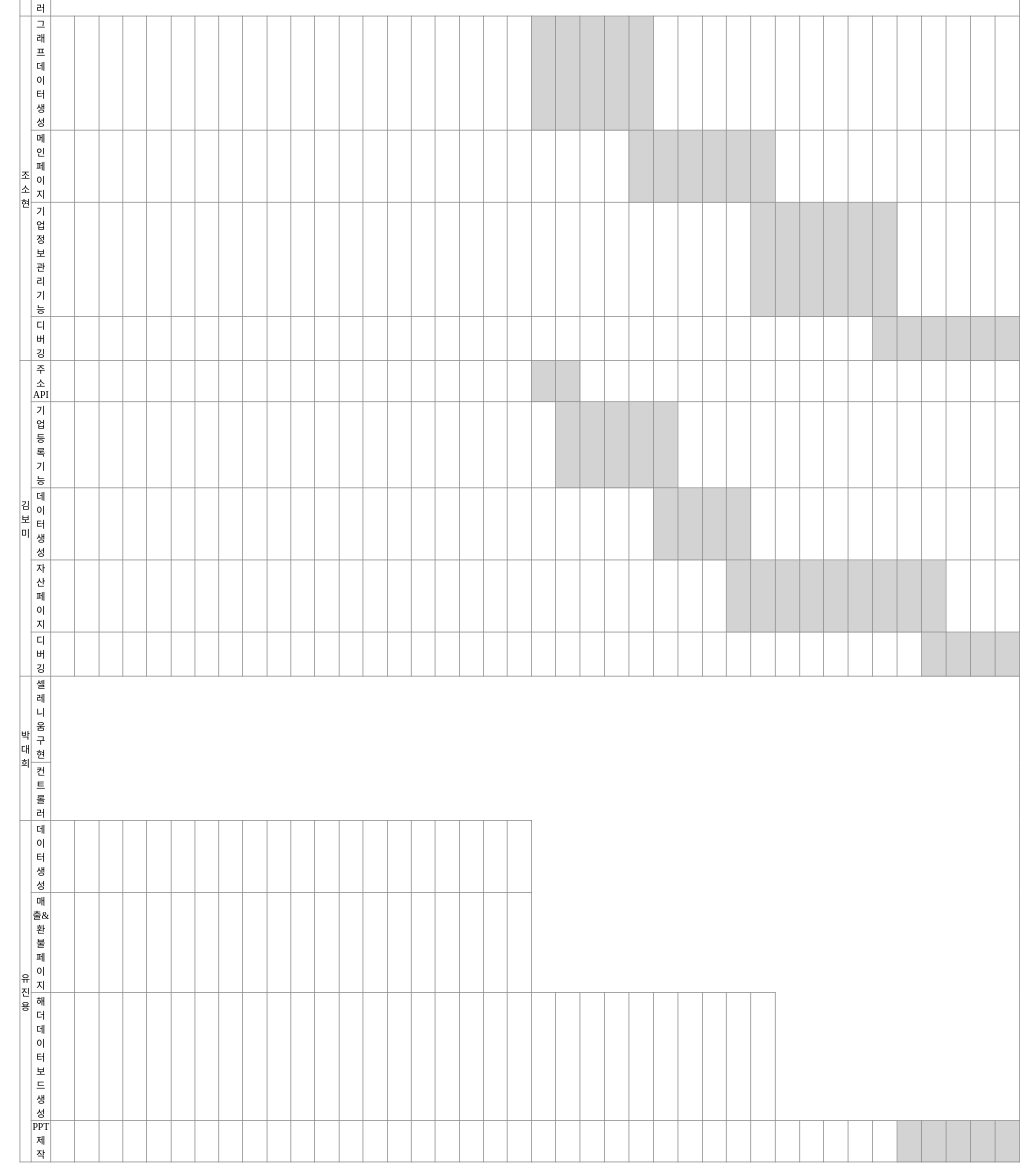
Repository: JEON-KIHO/finalProject
Page: http://localhost/ERP/WEB-INF/views/schedule.jsp
These files come from the project's save history. The page is drawn as it stood at one moment and after the next save; the edit follows.
The browser window is 1280 px wide. The page is 1457 px wide, so the pictures cover 1457 px, including what lies to the right of the window. The pictures show the part of the page from y = 1529 to 3209 px (the page is 3209 px tall), at 70% of full size.
The page is served by Tomcat 9. Nobody is signed in. The template is opened directly, without the code that normally fills it, so the values that code supplies are empty.

Above is the page before, as saved 2020-12-24 05:46:32.

After the next save:
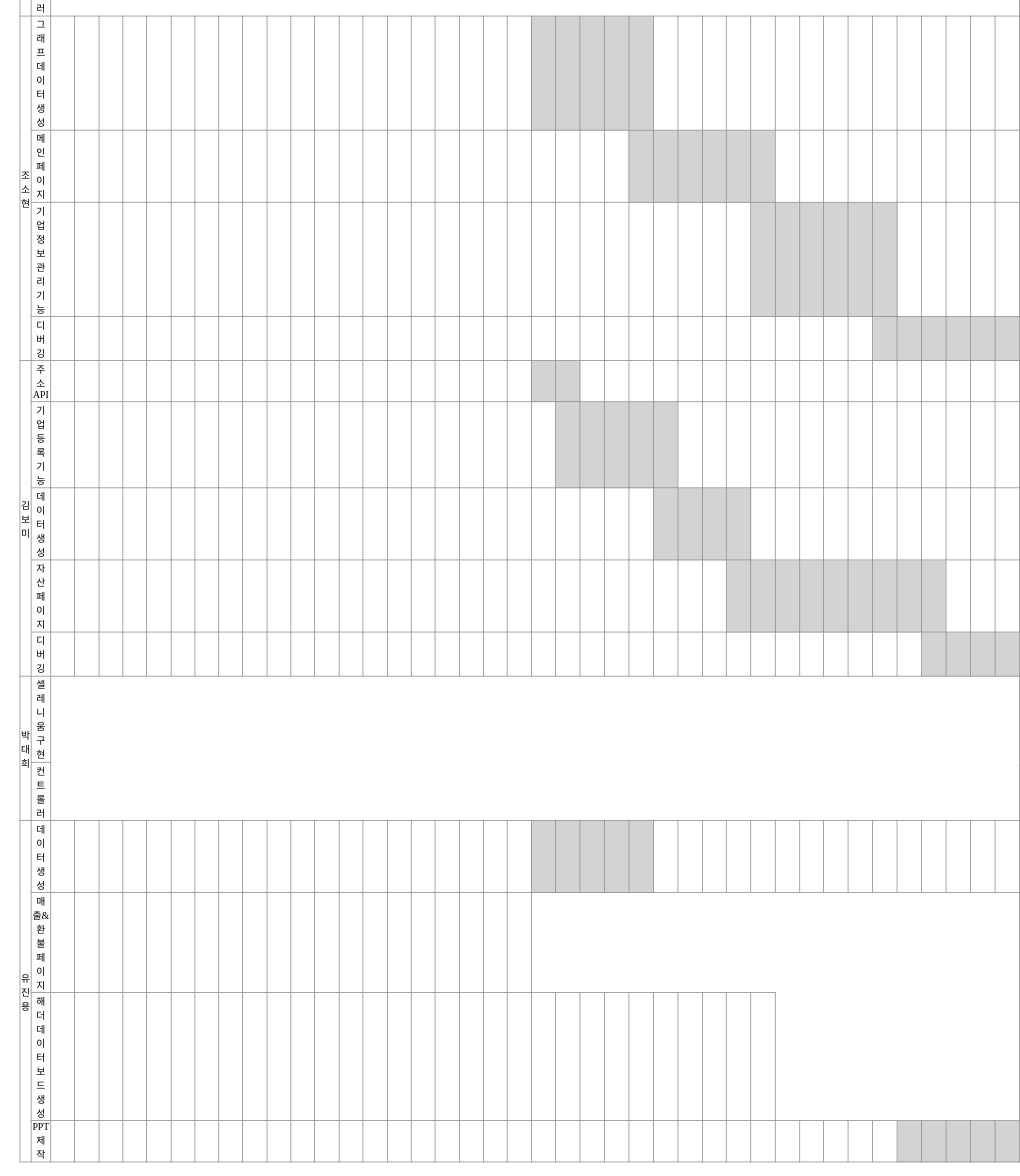
Saved 20 s later.
--- a/ERP/src/main/webapp/WEB-INF/views/schedule.jsp
+++ b/ERP/src/main/webapp/WEB-INF/views/schedule.jsp
@@ -205,6 +205,10 @@
 	<tr><td rowspan=4>유진용</td><td>데이터 생성</td><td class="white"></td><td class="white"></td><td class="white"></td><td class="white"></td><td class="white"></td>
 	<td class="white"></td><td class="white"></td><td class="white"></td><td class="white"></td><td class="white"></td>
 	<td class="white"></td><td class="white"></td><td class="white"></td><td class="white"></td><td class="white"></td>
+	<td class="white"></td><td class="white"></td><td class="white"></td><td class="white"></td><td class="white"></td>
+	<td class="black"></td><td class="black"></td><td class="black"></td><td class="black"></td><td class="black"></td>
+	<td class="white"></td><td class="white"></td><td class="white"></td><td class="white"></td><td class="white"></td>
+	<td class="white"></td><td class="white"></td><td class="white"></td><td class="white"></td><td class="white"></td>
 	<td class="white"></td><td class="white"></td><td class="white"></td><td class="white"></td><td class="white"></td></tr>
 
 	<tr><td>매출&환불 페이지</td><td class="white"></td><td class="white"></td><td class="white"></td><td class="white"></td><td class="white"></td>
